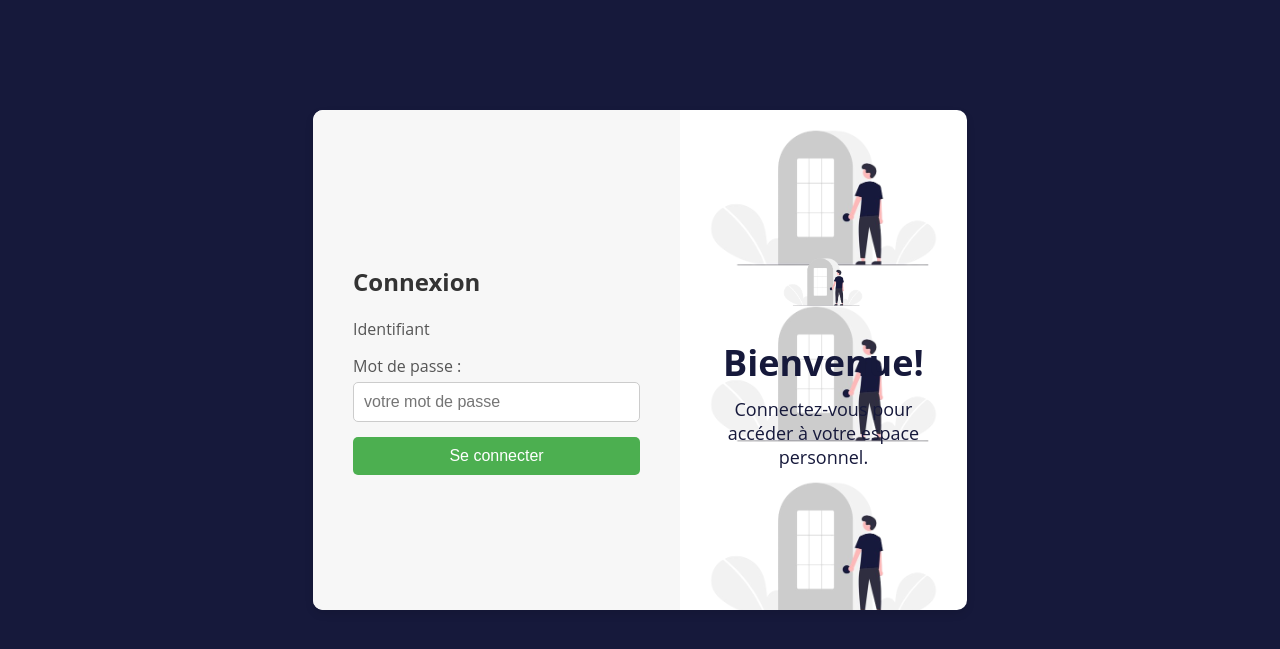
Repository: ndiawar/ProjetGab
Page: home.html
The author's editor kept a copy of each file at every save. The page is drawn from the files as they stood at one save, then again after the next save.
The browser window is 1280 px wide. The pictures show the whole page.

Above is the page before, as saved 2024-08-07 13:58:48.

After the next save:
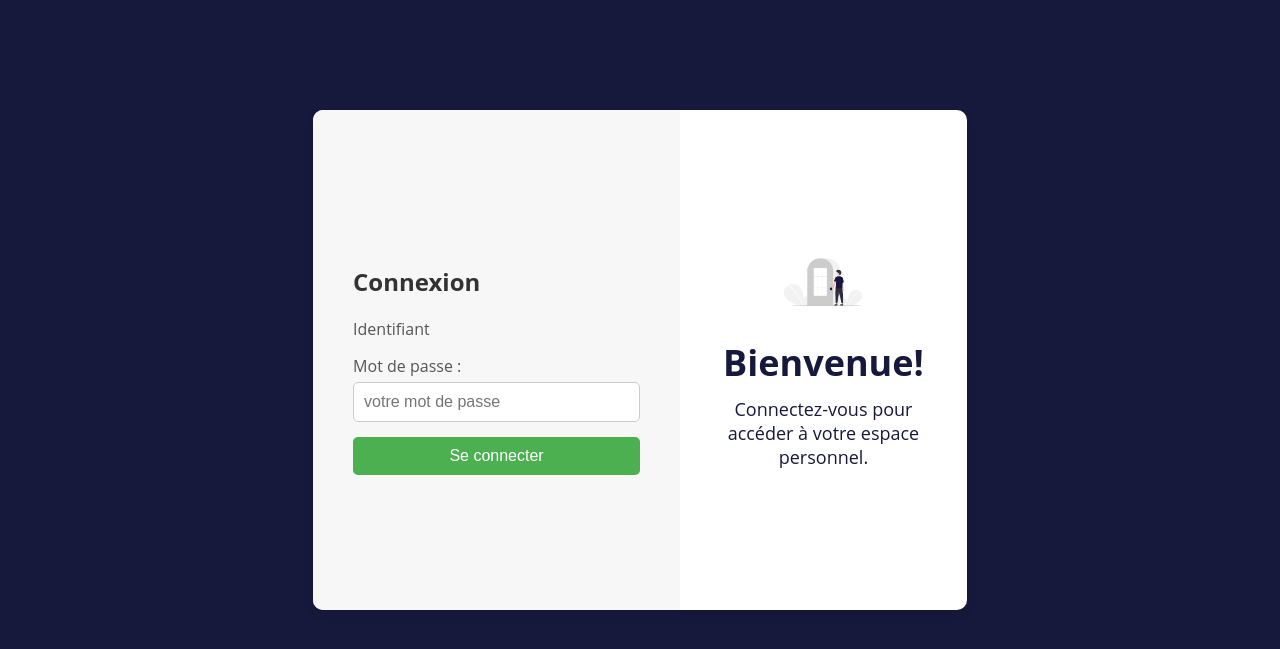
Saved 15 s later.
--- a/style.css
+++ b/style.css
@@ -125,8 +125,6 @@ button:hover {
 /* Style pour la section de bienvenue avec le logo */
 .welcome-section {
     flex: 1;
-    background: url(./image/accueil.png);
-    background-size: contain; /* Couvre toute la page */
     display: flex;
     align-items: center;
     justify-content: center;
